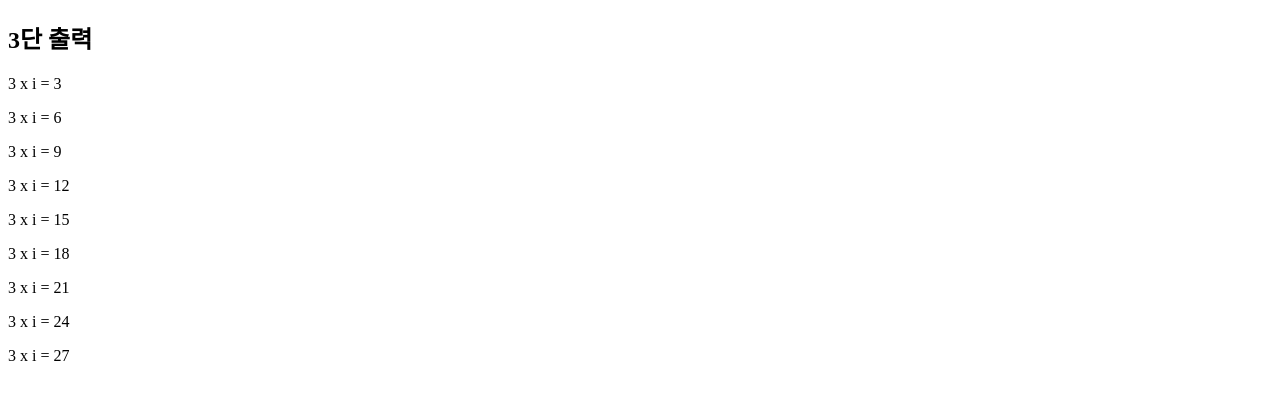
Repository: siwoo1214/acorn_spring
Page: http://localhost/day1Prac/dan3
The author's editor kept a copy of each file at every save. The page is drawn from the files as they stood at one save, then again after the next save.
The browser window is 1280 px wide. The pictures show the whole page.
The page is served by Tomcat 9.

Above is the page before, as saved 2025-05-07 07:27:38.

After the next save:
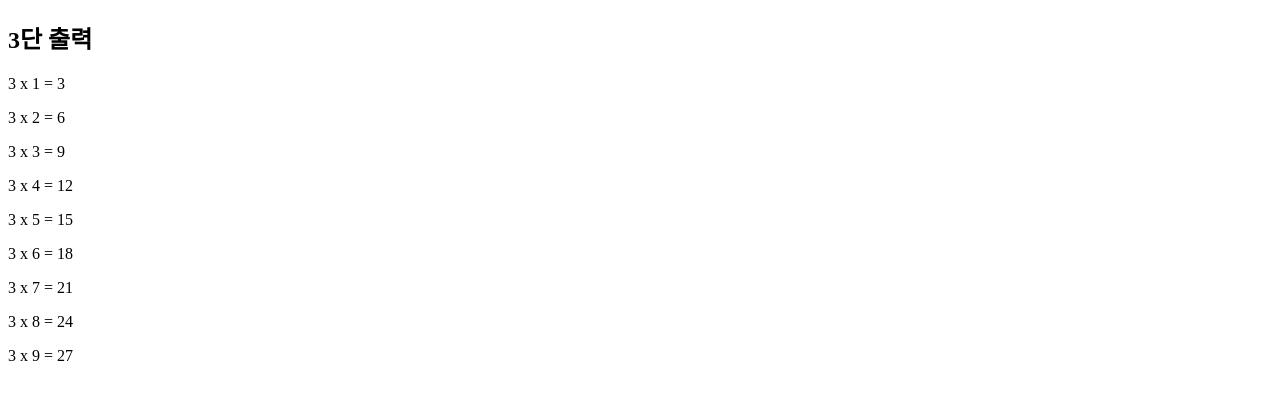
Saved 32 s later.
--- a/day1Prac/src/main/webapp/WEB-INF/views/dan3.jsp
+++ b/day1Prac/src/main/webapp/WEB-INF/views/dan3.jsp
@@ -9,7 +9,7 @@
 <body>
 	<h2>3단 출력</h2>
 	<% for(int i=1; i<10; i++) { %>
-		<p>3 x i = <%=3*i %></p>
+		<p>3 x <%=i %> = <%=3*i %></p>
 	<% } %>
 </body>
 </html>
